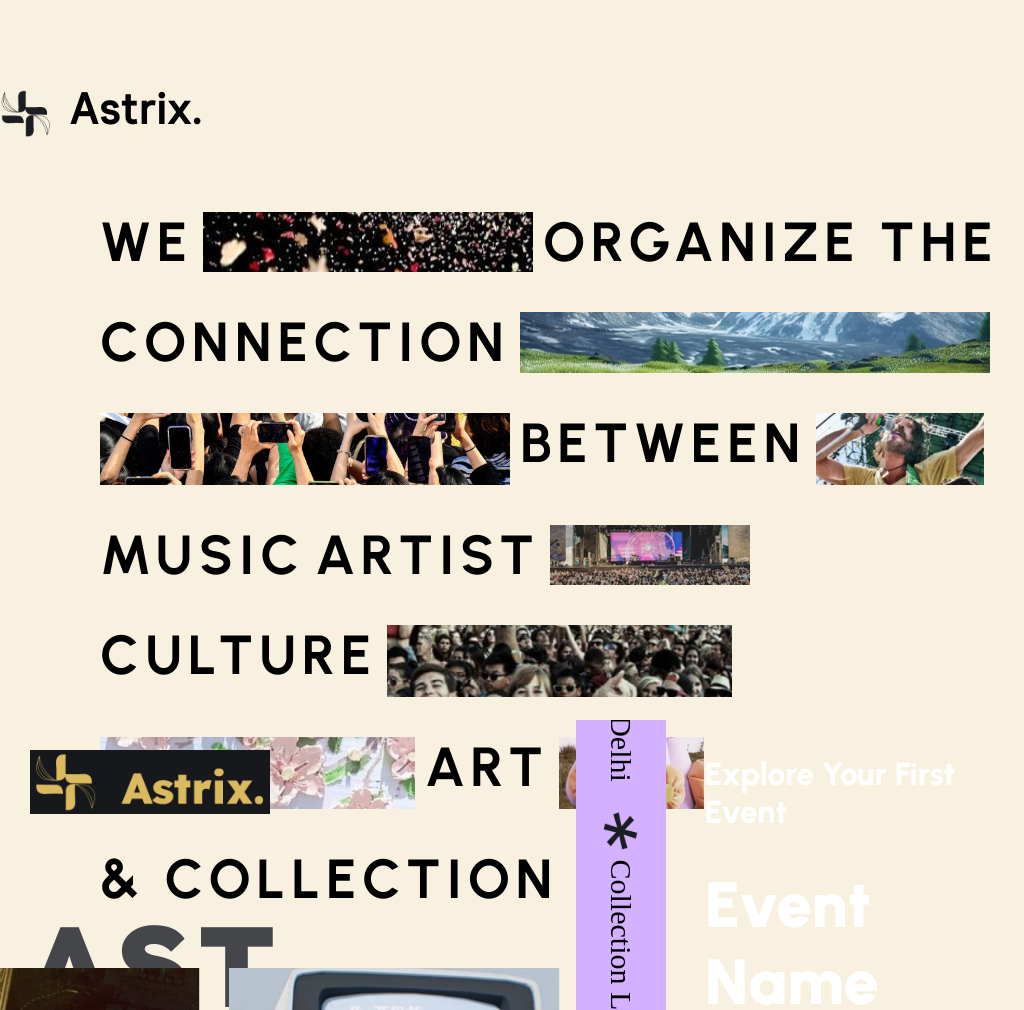
Repository: sharma171/astrix
Page: /
The author's editor kept a copy of each file at every save. The page is drawn from the files as they stood at one save, then again after the next save.
The browser window is 1024 px wide. The pictures show the whole page.
Some web fonts or font styles are not loaded; a fallback is used. The project was rebuilt for these pictures with package versions that can differ from the ones it lists, and the page was loaded fresh each time.

Above is the page before, as saved 2024-05-20 20:39:37.

### src/index.jsx
import React from 'react';
import ReactDOM from 'react-dom/client';
// import './index.css';
import App from './App';
import reportWebVitals from './reportWebVitals';

const root = ReactDOM.createRoot(document.getElementById('root'));
root.render(
  // <React.StrictMode>
    <App />
  // </React.StrictMode>
);

// If you want to start measuring performance in your app, pass a function
// to log results (for example: reportWebVitals(console.log))
// or send to an analytics endpoint. Learn more: https://bit.ly/CRA-vitals
reportWebVitals();

### src/App.jsx
import React from "react";
import { BrowserRouter as Router, Route, Routes } from "react-router-dom";
import Home from "./Home";
import "./component/main.css";
//fonts
import "./fonts/FUTURA45LIGHT.TTF";
import "./fonts/FUTURA55REGULAR.TTF";
import "./fonts/FUTURA65MEDIUM.TTF";
import "./fonts/FUTURA75BOLD.TTF";

function App() {
  return (
    <div>
      <Router>
        <Routes>
          <Route path="/" element={<Home/>} />
        </Routes>
      </Router>
    </div>
  );
}
export default App;

### src/Home.jsx
import React, { useState } from 'react';
import Hero from "./component/hero";
import HomeSection from './component/homesection';
const Home = () => {
    const [heroActive, setHeroActive] = useState(false);
    const handleActive = () => {
        setHeroActive(!heroActive);
    }
    return(
        <div>
            <div className={`floating-hero ${heroActive ? 'active' : ''}`} onClick={handleActive}>
                <Hero />
            </div>
            <div className={`homesection ${heroActive ? 'active' : ''}`}>
                <HomeSection />
            </div>
        </div>
    );
}
export default Home;

### src/component/main.css
@import url('https://fonts.googleapis.com/css2?family=Urbanist:ital,wght@0,100..900;1,100..900&display=swap');

body {
    background: #17181c;
}
.invisible-scrollbar::-webkit-scrollbar {
    display: none;
  }

@font-face {
    font-family: "sebino";
    src: local("sebino"),
     url("../fonts/Sebino-Regular.ttf") format("truetype");
    font-weight: 500;
}
@font-face {
    font-family: "futuralight";
    src: local("futuralight"),
     url("../fonts/FUTURA45LIGHT.TTF") format("truetype");
    font-weight: light;
}
@font-face {
    font-family: "futuraregular";
    src: local("futuraregular"),
     url("../fonts/FUTURA55REGULAR.TTF") format("truetype");
    font-weight: regular;
}
@font-face {
    font-family: "futuramedium";
    src: local("futuramedium"),
     url("../fonts/FUTURA65MEDIUM.TTF") format("truetype");
    font-weight: medium;
}
@font-face {
    font-family: "futurabold";
    src: local("futurabold"),
     url("../fonts/FUTURA75BOLD.TTF") format("truetype");
    font-weight: bold;
}

*{
    padding: 0;
    margin: 0;
}
* a{
    text-decoration: none;
}
* .row-flex {
    display: flex;
    flex-direction: row;
}
* .col-flex {
    display: flex;
    flex-direction: column;
}
* .container {
    width: 100%;
    max-width: 1380px;
    margin: 0 auto;
}
* .bigcontainer {
    width: 100%;
    max-width: 1520px;
    margin: 0 auto;
}
#root {
    background: #17181c;
    min-height: 100vh;
}
@media (max-width: 1440px) {
    * .container {
        width: 100%;
        max-width: 1300px;
        margin: 0 auto;
    }
    .floating-hero .hero-anim {
        padding-left: 110px;
        padding-top: 85px;
    }
}
@media (max-width: 1350px) {
    * .container {
        width: 100%;
        max-width: 1250px;
        margin: 0 auto;
    }
    .floating-hero .hero-anim .hero-text {
        font-size: 55px;
    }
    .floating-hero .hero-anim {
        padding-left: 100px;
        padding-top: 75px;
    }
}
@media (max-width: 1250px) {
    * .container {
        width: 100%;
        max-width: 1300px;
        margin: 0 auto;
    }
}

### src/component/hero.jsx
import React from "react";
import Header from "./header";
import "./hero-overlay/css/hero.css";
import ImageOne from "./hero-overlay/images/heroimage1.jpeg";
import ImageTwo from "./hero-overlay/images/heroimage2.jpeg";
import ImageThree from "./hero-overlay/images/heroimage3.jpg";
import ImageFour from "./hero-overlay/images/heroimage4.png";
import ImageFive from "./hero-overlay/images/heroimage5.png";
import ImageSix from "./hero-overlay/images/heroimag6.png";
import ImageSeven from "./hero-overlay/images/heroimage7.png";
import ImageEight from "./hero-overlay/images/heroimage8.png";
const Hero = () => {
    return(
        <>
            <Header />
            <div className={`container`} >
                <div className={`hero-anim row-flex`}>
                    <h3 className="hero-text">WE</h3>
                    <img className="hero-image" src={ImageOne} alt="" />
                    <h3 className="hero-text">ORGANIZE THE</h3>
                    <h3 className="hero-text">CONNECTION</h3>
                    <img className="hero-image" src={ImageTwo} alt="" />
                    <img className="hero-image" src={ImageThree} alt="" />
                    <h3 className="hero-text">BETWEEN</h3>
                    <img className="hero-image" src={ImageFour} alt="" />
                    <h3 className="hero-text">MUSIC</h3>
                    <h3 className="hero-text">ARTIST</h3>
                    <img className="hero-image" src={ImageFive} alt="" />
                    <h3 className="hero-text">CULTURE</h3>
                    <img className="hero-image" src={ImageSix} alt="" />
                    <img className="hero-image" src={ImageSeven} alt="" />
                    <h3 className="hero-text">ART</h3>
                    <img className="hero-image" src={ImageEight} alt="" />
                    <h3 className="hero-text">& COLLECTION</h3>
                </div>
            </div>
        </>
    );
}
export default Hero;

### src/component/header.jsx
import React from 'react';
import { Link } from 'react-router-dom';
import "./hero-overlay/css/header.css"
import HeroLogo from './hero-overlay/images/png logo.png';

const Header = () => {
    return(
        <div className="ov-header">
            <div className="container">
                <div className="navmenu">
                    <Link to="#" className="row-flex">
                        <img
                            src={HeroLogo}
                            alt="Asterix-logo"
                            className="brand-logo"
                        />
                        <h1 className='brand-name'>Astrix.</h1>
                    </Link>
                </div>
            </div>
        </div>
    )
}

export default Header;

### src/component/hero-overlay/css/hero.css
.floating-hero {
    background: #f8f1df;
    min-height: 100vh;
    transition: all 2s;
    cursor: pointer;
    display: block;
    position: static;
    width: 100%;
    transition: all 3s ease-in-out;
    top: 0;
    z-index: 100;
}
.floating-hero.active {
    display: block;
    position: fixed;
    top: -500%;
    left: 0;
}
.floating-hero .navmenu{
    padding-top: 90px;
}

.floating-hero .hero-anim {
    flex-wrap: wrap;
    row-gap: 40px;
    column-gap: 10px;
    padding-left: 150px;
    padding-top: 100px;
    padding-bottom: 100px;
}

.floating-hero .hero-anim .hero-image {
    max-height: 72px;
    object-fit: cover;
}
.floating-hero .hero-anim .hero-text {
    font-family: "Urbanist", sans-serif;
    font-size: 70px;
    letter-spacing: 6px;
    line-height: 1.1;
    font-weight: 700;
    color: #000;
}
.floating-hero .hero-anim .hero-image:nth-child(2) {
    animation-name: hero-first;
    animation-duration: 9s;
    animation-timing-function: ease-in-out;
    animation-iteration-count: infinite;
    animation-delay: 2s;
    width: 450px;
}
.floating-hero .hero-anim .hero-image:nth-child(5) {
    animation-name: hero-second;
    animation-duration: 9s;
    animation-timing-function: ease-in-out;
    animation-iteration-count: infinite;
    animation-delay: 2s;
    width: 620px;
}
.floating-hero .hero-anim .hero-image:nth-child(6) {
    animation-name: hero-third;
    animation-duration: 9s;
    animation-timing-function: ease-in-out;
    animation-iteration-count: infinite;
    animation-delay: 2s;
    width: 340px;
}
.floating-hero .hero-anim .hero-image:nth-child(11) {
    animation-name: hero-four;
    animation-duration: 9s;
    animation-timing-function: ease-in-out;
    animation-iteration-count: infinite;
    animation-delay: 2s;
    width: 300px;
}
.floating-hero .hero-anim .hero-image:nth-child(13) {
    animation-name: hero-fifth;
    animation-duration: 9s;
    animation-timing-function: ease-in-out;
    animation-iteration-count: infinite;
    animation-delay: 2s;
    width: 190px;
}
.floating-hero .hero-anim .hero-image:nth-child(14) {
    animation-name: hero-sixth;
    animation-duration: 9s;
    animation-timing-function: ease-in-out;
    animation-iteration-count: infinite;
    animation-delay: 2s;
    width: 255px;
}
@keyframes hero-first {
    0% {
        width: 450px;
    }
    25% {
        width: 330px;
    }
    50% {
        width: 330px;
    }
    75% {
        width: 450px;
    }
    100% {
        width: 450px;
    }
}
@keyframes hero-second {
    0% {
        width: 620px;
    }
    25% {
        width: 470px;
    }
    50% {
        width: 470px;
    }
    75% {
        width: 620px;
    }
    100% {
        width: 620px;
    }
}
@keyframes hero-third {
    0% {
        width: 340px;
    }
    25% {
        width: 410px;
    }
    50% {
        width: 410px;
    }
    75% {
        width: 340px;
    }
    100% {
        width: 340px;
    }
}
@keyframes hero-four {
    0% {
        width: 300px;
    }
    25% {
        width: 200px;
    }
    50% {
        width: 200px;
    }
    75% {
        width: 300px;
    }
    100% {
        width: 300px;
    }
}
@keyframes hero-fifth {
    0% {
        width: 190px;
    }
    25% {
        width: 345px;
    }
    50% {
        width: 345px;
    }
    75% {
        width: 190px;
    }
    100% {
        width: 190px;
    }
}
@keyframes hero-sixth {
    0% {
        width: 255px;
    }
    25% {
        width: 315px;
    }
    50% {
        width: 315px;
    }
    75% {
        width: 255px;
    }
    100% {
        width: 255px;
    }
}

### src/component/home.css
@import url('https://fonts.googleapis.com/css2?family=Lexend:wght@100..900&family=Roboto+Slab:wght@100..900&display=swap');
@import url('https://db.onlinewebfonts.com/c/98715f5363bc3d7c04ff2c41e302118e?family=EnglishGrotesque+W00+Medium');

/* Carousel columns */


.homesection.active {
    position: static;
    top: 0;
    margin-top: 0;
}
.homesection{
    position: fixed;
    bottom: -100%;
    left: 0;
    width: 100%;
    height: 100%;
    transition: all 3s ease-out;
    margin-top: 100vh;
}
.homesection .car-row-col {
    width: 65%;
}
.homesection .car-row-row {
    flex-wrap: nowrap;
    width: 100%;
}
.homesection .car-col {
    width: calc(100% - 90px);
}
.homesection .tick-col {
    width: 90px;
    background: #d4b1ff;
}
.homesection .car-col .homebrand {
    margin-top: 30px;
    margin-left: 30px;
}
.homesection .car-col .homebrand img{
    width: 240px;
}

.homesection .car-col .carousel-inner.active {
    z-index: 1;
    opacity: 1;
    position: relative;
    overflow: unset;
    margin: 90px 0 0 0;
    height: unset;
}
.homesection .car-col .carousel-inner {
    position: relative;
    overflow: hidden;
    height: 0;
    z-index: -10;
    opacity: 0;
    transition: all ease-in-out .4s
}

.homesection .car-col .carousel-inner .one {
    position: absolute;
    top: 0;
    color: #45464a;
    font-family: "Lexend", sans-serif;
    font-size: 114px;
    line-height: 1;
    font-weight: 800;
    letter-spacing: 8px;
    margin-left: 30px;
    z-index: 1;
}
.homesection .car-col .carousel-inner .two {
    position: absolute;
    bottom: 60px;
    color: #45464a;
    font-family: "Lexend", sans-serif;
    font-size: 114px;
    line-height: 1;
    font-weight: 800;
    letter-spacing: 8px;
    margin-left: 30px;
    z-index: 1;
}
.homesection .car-col .carousel-inner .carousel-box {
    z-index: 10;
    position: relative;
    padding-top: 60px;
    padding-left: 28%;
    gap: 30px;
    display: flex;
    flex-direction: row;
    overflow: hidden;
}
.homesection .car-col .carousel-inner .carousel-box .car-item {
    height: 500px;
    width: 330px;
    max-height: 500px;
    max-width: 330px;
    position: relative;
    animation-name: carousel;
    animation-delay: 2s;
    animation-duration: 14s;
    animation-iteration-count:infinite;
    animation-timing-function: ease-in-out;
}
.homesection .car-col .carousel-inner .carousel-box .car-item:nth-child(1) .overlay {
    animation-name: visible1;
    animation-delay: 2s;
    animation-duration: 14s;
    animation-iteration-count:infinite;
    animation-timing-function: ease-in-out;
    opacity: 0;
}
.homesection .car-col .carousel-inner .carousel-box .car-item:nth-child(2) .overlay {
    animation-name: visible2;
    animation-delay: 2s;
    animation-duration: 14s;
    animation-iteration-count:infinite;
    animation-timing-function: ease-in-out;
    opacity: 0;
}
.homesection .car-col .carousel-inner .carousel-box .car-item:nth-child(3) .overlay {
    animation-name: visible3;
    animation-delay: 2s;
    animation-duration: 14s;
    animation-iteration-count:infinite;
    animation-timing-function: ease-in-out;
    opacity: 0;
}
.homesection .car-col .carousel-inner .carousel-box .car-item:nth-child(4) .overlay {
    animation-name: visible4;
    animation-delay: 2s;
    animation-duration: 14s;
    animation-iteration-count:infinite;
    animation-timing-function: ease-in-out;
    opacity: 0;
}
@keyframes carousel {
    0% {
        transform: translate(0%);
    }
    3% {
        transform: translate(-80%);
    }
    5% {
        transform: translate(-75%);
    }
    25% {
        transform: translate(-75%);
    }
    28% {
        transform: translate(-190%);
    }
    30% {
        transform: translate(-184%);
    }
    50% {
        transform: translate(-184%);
    }
    53% {
        transform: translate(-300%);
    }
    55% {
        transform: translate(-294%);
    }
    75% {
        transform: translate(-294%);
    }
    78% {
        transform: translate(10%);
    }
    80% {
        transform: translate(-0%);
    }
    100% {
        transform: translate(0%);
    }
}
@keyframes visible1 {
    0% {
        opacity: 0;
    }
    5% {
        opacity: 1;
    }

    75% {
        opacity: 1;
    }
    80% {
        opacity: 0;
    }
    100% {
        opacity: 0;
    }
}

@keyframes visible2 {
    0% {
        opacity: 1;
    }
    5% {
        opacity: 0;
    }
    25% {
        opacity: 0;
    }
    28% {
        opacity: 1;
    }
    100% {
        opacity: 1;
    }
}
@keyframes visible3 {
    0% {
        opacity: 1;
    }
    25% {
        opacity: 1;
    }
    30% {
        opacity: 0;
    }
    50% {
        opacity: 0;
    }
    53% {
        opacity: 1;
    }
    55% {
        opacity: 1;
    }
    75% {
        opacity: 1;
    }
    78% {
        opacity: 1;
    }
    80% {
        opacity: 1;
    }
    100% {
        opacity: 1;
    }
}
@keyframes visible4 {
    0% {
        opacity: 1;
    }
    50% {
        opacity: 1;
    }
    55% {
        opacity: 0;
    }
    75% {
        opacity: 0;
    }
    78% {
        opacity: 1;
    }
    80% {
        opacity: 1;
    }
    100% {
        opacity: 1;
    }
}



.homesection .car-col .carousel-inner .carousel-box .car-item .carimg {
    height: 500px;
    width: 330px;
    max-height: 500px;
    max-width: 330px;
    object-fit: cover;
}

.homesection .car-col .carousel-inner .carousel-box .car-item .top-head {
    position: absolute;
    top: -50px;
    font-family: "urbanist";
    font-weight: 600;
    left: 0;
    letter-spacing: 1px;
    font-size: 30px;
    color: #fff;
}
.homesection .car-col .carousel-inner .carousel-box .car-item .overlay {
    position: absolute;
    top: 0;
    left: 0;
    width: 100%;
    height: 100%;
    display: flex;
    justify-content: flex-end;
    align-items: flex-start;
    color: #fff;
    font-family: "Urbanist", sans-serif;
    background: linear-gradient(0deg, rgb(0 0 0 / 29%) 40%, rgb(0 0 0 / 0%) 100%);
}

.homesection .car-col .carousel-inner .carousel-box .car-item .overlay .eventname {
    font-size: 40px;
    font-weight: 700;
    line-height: 1;
    margin: 25px 25px 30px 25px;
    letter-spacing: 1.7px;
}
.homesection .car-col .carousel-inner .carousel-box .car-item .overlay .location {
    margin: 0px 25px 25px 25px;
    gap: 6px
}
.homesection .car-col .carousel-inner .carousel-box .car-item .overlay .location .icon {
    width: 18px;
    height: 18px;
}
.homesection .car-col .carousel-inner .carousel-box .car-item .overlay .location span {
    font-size: 19px;
    font-weight: 500;
    line-height: 1.1;
    color: #ffffffd6;
}

.homesection .car-col .section-tabs{
    margin: 55px auto 55px 30px;
    background: #2b2c30;
    width: fit-content;
    border-radius: 200px;
}

.homesection .car-col .section-tabs .tabspan.active{
    background: #4b5056;
    border-radius: 200px;
}
.homesection .car-col .section-tabs .tabspan {
    font-size: 23px;
    line-height: 1;
    cursor: pointer;
    transition: all 0.5s;
    color: #fdfbf8;
    line-height: 1;
    font-weight: 500;
    padding: 15px 40px;
    font-family: "Urbanist", sans-serif;
}

.homesection .tick-col {
    align-content: center;
    align-items: center;
    justify-content: flex-start;
    max-height: 100vh;
    position: sticky;
    top: 0;
    overflow: hidden;
}
.homesection .tick-col .ticker-box {
    height: fit-content;
    font-family: "EnglishGrotesque W00 Medium";
    color: #000;
    gap: 30px;
    padding-top: 20px;
    padding-bottom: 20px;
    animation-name: ticker-box;
    animation-iteration-count:infinite;
    animation-duration: 30s;
    animation-delay: 1s;
}
.homesection .tick-col .ticker-box .ticker-inner {
    gap: 8px;
    align-items: center;
}
.homesection .tick-col .ticker-box .ticker-inner .ticker-icon {
    width: 40px;
    height: 40px;
}
.homesection .tick-col .ticker-box .ticker-inner span {
    writing-mode: vertical-lr;
    font-size: 30px;
}

@keyframes ticker-box {
    0% {
        transform: translateY(0%);
        opacity: 1;
    }
    98% {
        transform: translateY(-90%);
    }
    99% {
        transform: translateY(-90%);
        opacity: 1;
    }
    100% {
        transform: translateY(0%);
        opacity: 0;
    }
}


/* //Event columns */
.homesection .evnt-col{
    width: 35%;
    color: #fff;
    font-family:"Urbanist", sans-serif;
}
.homesection .evnt-col .form {
    height: 0;
    overflow: hidden;
    opacity: 0;
    z-index: 0;
    transition: all 0.4s;
}
.homesection .evnt-col .form.active {
        height: unset;
    overflow: unset;
    opacity: 1;
    z-index: 10;
    transition: all 0.4s;
}
.homesection .evnt-col .topheading {
    font-size: 32px;
    font-family:"Urbanist", sans-serif;
    font-weight: 800;
    margin: 35px 39px;
    line-height: 1.2;
}
.homesection .evnt-col .main-head {
    font-size: 64px;
    font-family:"Urbanist", sans-serif;
    font-weight: 900;
    margin: 30px 39px 15px 39px;
    line-height: 1.2;
}

.homesection .evnt-col .venue-time {
    gap: 16px;
    margin: 0px 39px 15px 39px;
}
.homesection .evnt-col .location-time {
    gap: 6px;
    align-items: center;
}
.homesection .evnt-col .location-time .loc-icon {
    height: 35px;
    width: auto;
}
.homesection .evnt-col .location-time .loc-text {
    font-size: 21px;
    font-weight: 500;
    line-height: 1.5;
}
.homesection .evnt-col .para {
    font-size: 16.5px;
    font-weight: 500;
    line-height: 1.5;
    margin: 0px 39px 15px 39px;
    max-width: 60%;
}
.homesection .evnt-col .artist-head {
    font-size: 26px;
    line-height: 1.2;
    margin: 20px 39px 15px 39px;
}
.homesection .evnt-col .artist-section {
    justify-content: center;
    margin-top: 35px;
}
.homesection .evnt-col .astrix-interest {
    width: calc(100% - 150px);
    margin: 0px 30px 0px 30px;
}
.homesection .evnt-col .collectibles {
    width: calc(100% - 30px);
    margin: 20px 0 10px 30px;
    overflow: scroll;
    gap: 16px;
}
.homesection .evnt-col .collectibles .collect-img {
    width: 150px;
    height: 204px;
    max-width: 150px;
    max-height: 204px;
    object-fit: cover;
}
.homesection .evnt-col .artist-section .artist-img {
    width: calc(100% - 40px);
    min-width: calc(100% - 40px);
    max-width: calc(100% - 40px);
    height: fit-content;
    max-height: fit-content;
}
.homesection .evnt-col .submit-row {
    justify-content: space-between;
    margin: 50px 30px 0 30px;
}
.homesection .evnt-col .evnts.active .submit-row {
    min-height: 98px;
    margin-top: 80px;
}
.homesection .evnt-col .collns.active .submit-row {
    min-height: unset;
    margin: 30px 30px 0 30px;
}
.homesection .evnt-col .submit-row .submit {
    font-size: 25px;
    font-weight: 500;
    line-height: 1.5;
    padding: 8px 25px;
    margin: auto 0 0 auto;
    background: #ffbd4d;
    color: #1b1e21;
    font-family: "EnglishGrotesque W00 Medium";
    border-radius: 100px;
    font-weight: 700;
    letter-spacing: 2px;
}

### src/component/hero-overlay/css/header.css
.ov-header .navmenu .brand-logo {
    width: 50px;
    height: auto;
}
.ov-header .brand-name {
    font-family: "sebino";
    color: black;
    font-size: 43px;
    line-height: 0.8;
    align-self: center;
    margin-left: 20px;
    letter-spacing: 1.5px;
}

Loaded but not shown: public/index.html (common file); src/reportWebVitals.js (common file); src/component/homesection.js (205 lines, source omitted)

After the next save:
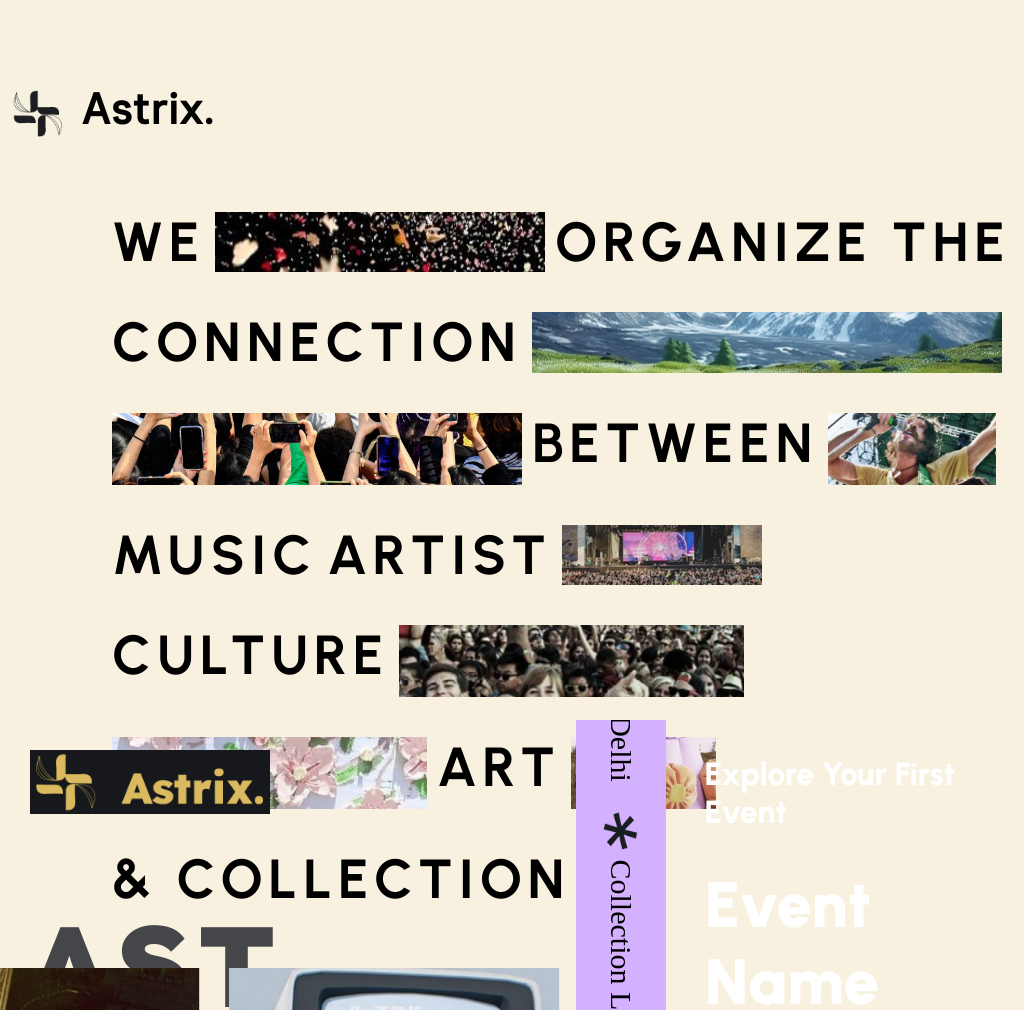
Saved 5 s later.
--- a/src/component/main.css
+++ b/src/component/main.css
@@ -95,7 +95,7 @@
 @media (max-width: 1250px) {
     * .container {
         width: 100%;
-        max-width: 1300px;
+        max-width: 1000px;
         margin: 0 auto;
     }
 }
